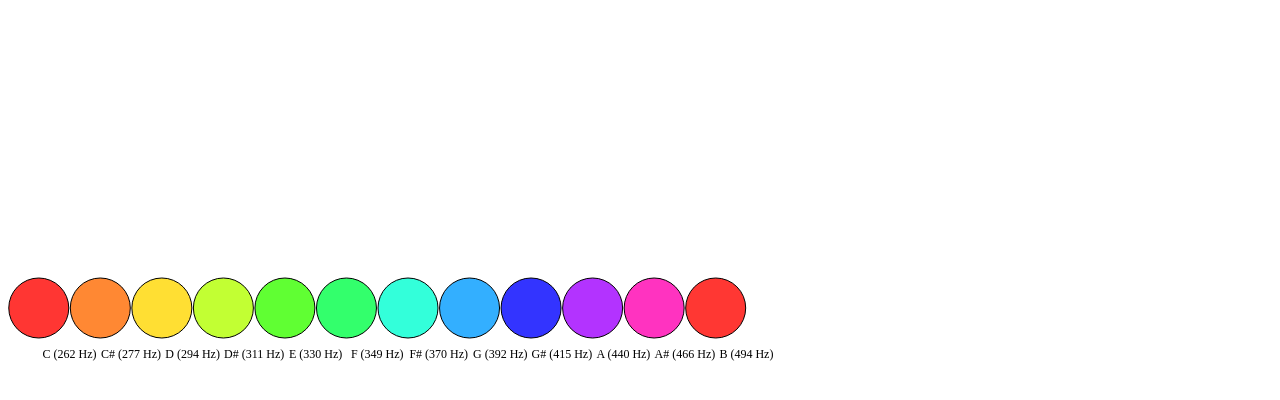
Repository: studiorichie/richielau.com
Page: assets/sound-to-color.html
The author's editor kept a copy of each file at every save. The page is drawn from the files as they stood at one save, then again after the next save.
The browser window is 1280 px wide. The pictures show the whole page.

Above is the page before, as saved 2024-11-06 18:22:27.

After the next save:
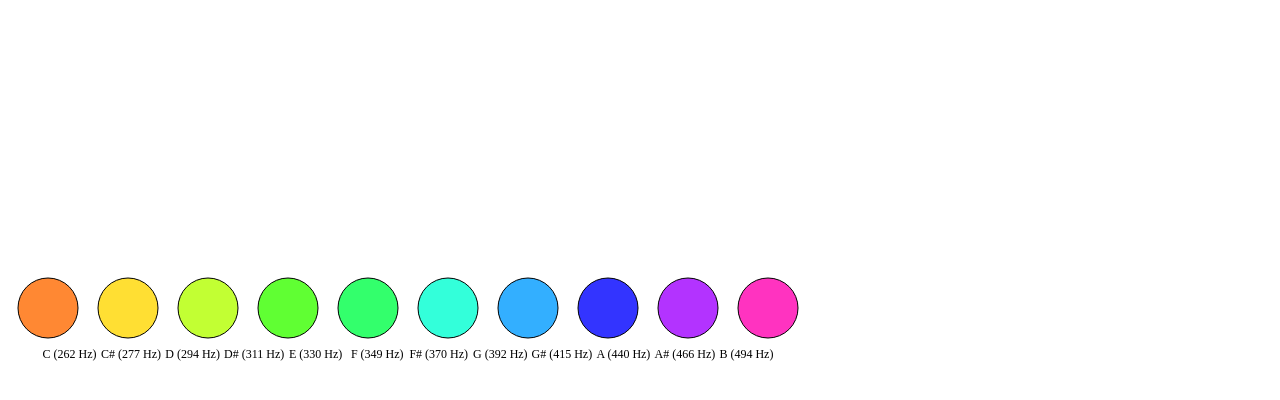
Saved 77 s later.
--- a/assets/sound-to-color.html
+++ b/assets/sound-to-color.html
@@ -54,28 +54,31 @@
         }
 
         const svg = d3.select("#chart");
-        const width = svg.attr("width");
-        const height = svg.attr("height");
+const width = svg.attr("width");
+const height = svg.attr("height");
 
+const circleRadius = 30; // Radius of each circle
+const padding = 20; // Space between circles
 
-        const circleSpacing = width / (keys.length + 1);
-        const offsetX = (width - (circleSpacing * keys.length)) / 2;
-        const group = svg.append("g")
-            .attr("transform", `translate(${(width - circleSpacing * keys.length) / 2}, ${height / 2})`);
+// Calculate the total width of the row
+const totalRowWidth = keys.length * (circleRadius * 2) + (keys.length - 1) * padding;
+// Calculate an offset to center the row
+const offsetX = (width - totalRowWidth) / 2 + circleRadius;
 
-        group.selectAll("circle")
-            .data(keys)
-            .enter()
-            .append("circle")
-            .attr("class", "key-circle")
-            .attr("cx", (d, i) => i * circleSpacing)
-            .attr("cy", 0) // Centered in the group
-            .attr("r", 30)
-            .attr("fill", d => getColor(d.freq))
-            .on("click", function (event, d) {
-                showMidiLabel(d);
-                playMidiTone(d.midi);
-            });
+// Render each circle at calculated positions
+svg.selectAll("circle")
+    .data(keys)
+    .enter()
+    .append("circle")
+    .attr("class", "key-circle")
+    .attr("cx", (d, i) => offsetX + i * (circleRadius * 2 + padding))
+    .attr("cy", height / 2) // Center vertically
+    .attr("r", circleRadius)
+    .attr("fill", d => getColor(d.freq))
+    .on("click", function(event, d) {
+        showMidiLabel(d);
+        playMidiTone(d.midi);
+    });
 
 
 
